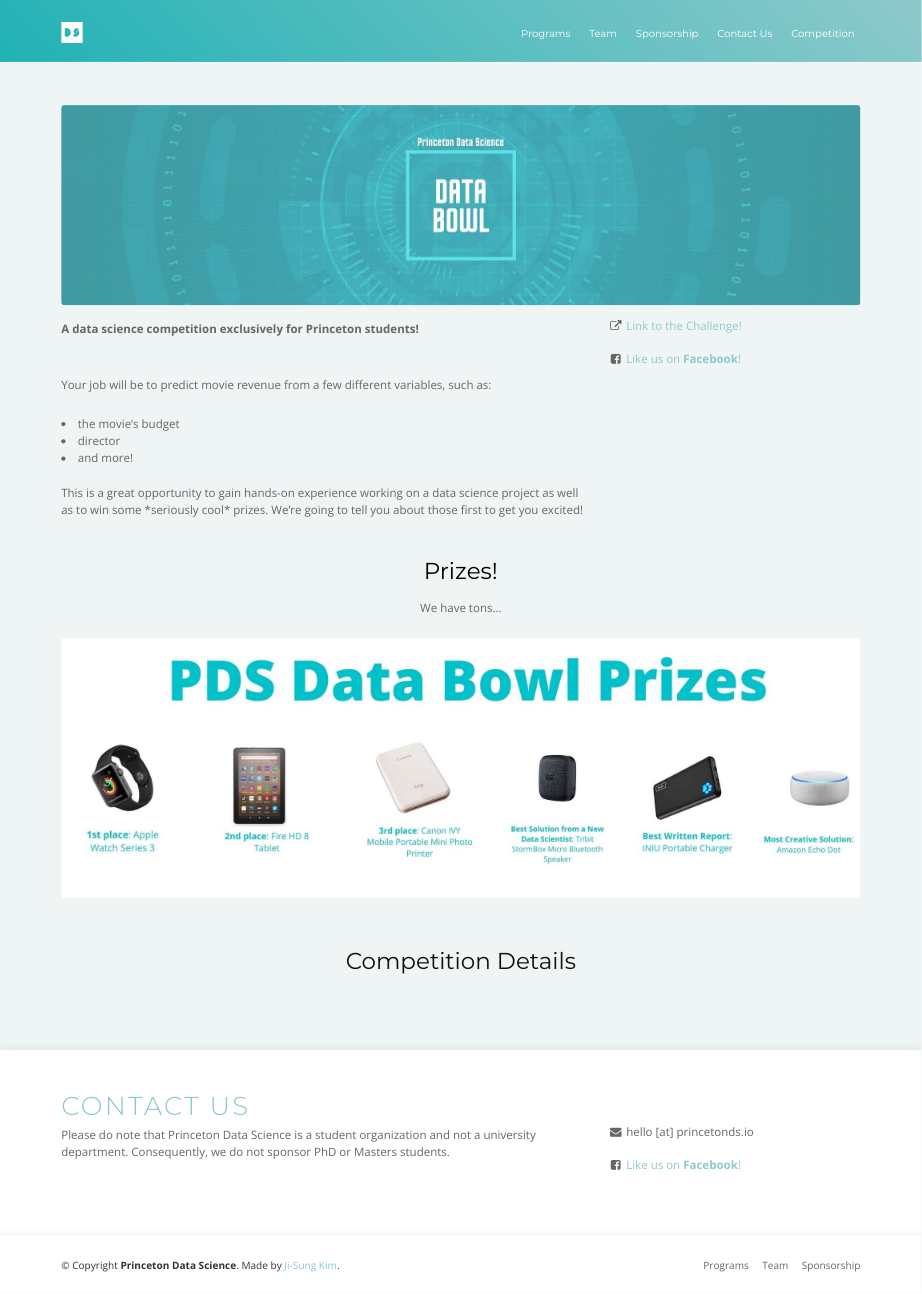
Repository: princetonds/princetonds.github.io
Page: team2.html
An editor plug-in stored every save of this project. The page is shown before and after the next save, followed by the edit.
The browser window is 1280 px wide. The pictures show the whole page, at 72% of full size.

Above is the page before, as saved 2021-03-20 22:40:58.
Console error: TypeError: Cannot read properties of null (reading 'innerHTML')

### team2.html
<!DOCTYPE html>
<html lang="en">
<head>
  <meta charset="utf-8">
  <title>Princeton Data Science (PDS)</title>
  <meta content="width=device-width, initial-scale=1.0" name="viewport">
  <meta content="" name="keywords">
  <meta content="" name="description">

  <!-- Favicons (created with http://realfavicongenerator.net/)-->
  <link rel="apple-touch-icon" sizes="180x180" href="/img/favicons/apple-touch-icon.png">
  <link rel="icon" type="image/png" href="/img/favicons/favicon-32x32.png" sizes="32x32">
  <link rel="icon" type="image/png" href="/img/favicons/favicon-16x16.png" sizes="16x16">
  <link rel="manifest" href="/img/favicons/manifest.json">
  <link rel="mask-icon" href="/img/favicons/safari-pinned-tab.svg" color="#49acad">
  <link rel="shortcut icon" href="/img/favicons/favicon.ico">
  <meta name="msapplication-config" content="/img/favicons/browserconfig.xml">
  <meta name="theme-color" content="#ffffff">

  <!-- Facebook Graph tags -->
  <meta property="og:url" content="https://princetonds.io" />
  <meta property="og:site_name" content="princetonds.io" />
  <meta property="og:title" content="Princeton Data Science (PDS)" />
  <meta name="og:description" content="Princeton Data Science (PDS) was founded in 2014-2015 to promote the practice and study of data science, a growing field that spans many disciplines such as statistics, machine learning, computer science, and business analytics." />
  <meta property="og:image" content="https://princetonds.io/img/500px_square_logo.png" />

  <!-- Google Fonts -->
  <link href="https://fonts.googleapis.com/css?family=Montserrat:300,400,500,700|Open+Sans:300,400,700" rel="stylesheet">

  <!-- Bootstrap CSS File -->
  <link href="lib/bootstrap/css/bootstrap.min.css" rel="stylesheet">

  <!-- Libraries CSS Files -->
  <link href="lib/animate/animate.min.css" rel="stylesheet">
  <link href="lib/font-awesome/css/font-awesome.min.css" rel="stylesheet">
  <link href="lib/magnific-popup/magnific-popup.css" rel="stylesheet">

  <!-- Main Stylesheet File -->
  <link href="css/style.css" rel="stylesheet">
  <link href="css/new.css" rel="stylesheet">
</head>

<body>

  <!--==========================
    Header
  ============================-->
  <header id="header">
    <div class="container">

      <div id="logo" class="pull-left">
        <h1><a href="#teamintro" class="scrollto"><img class="navbar-logo" src="img/inverted-logo.svg"></a></h1>
     </div>

      <nav id="nav-menu-container">
        <ul class="nav-menu">
          <li class="menu-active"><a href="https://princetonds.io">Programs</a></li>
          <li><a href="team.html">Team</a></li>
          <li><a href="media/sponsorship.pdf">Sponsorship</a></li>
          <li><a href="#contact">Contact Us</a></li>
          <li><a href="#team2.html">Competition</a></li>
        </ul>
      </nav><!-- #nav-menu-container -->
    </div>
  </header><!-- #header -->

  <!--==========================
    Intro Section
  ============================-->

  <!--==========================
    Intro Section
  ============================-->
  <section id="teamintro">
    <!-- <div class="team-intro-text">
      <h3>Our Team</h3>
    </div> -->
  </section>


  <!-- #intro -->


  <main id="main">


    <!--==========================
      Our Team Section
    ============================-->
    <section id="team" class="section-bg">
      <div class="container">
          <!-- <h3 class="section-title">Princeton Data Bowl</h3> -->
              <!-- <p style="text-align:center;">Enter team description here...</p> -->
              <div class="member3">
                <div class="pic"><img src="img/competition/logo.jpg" alt=""></div>
              </div>

          <!-- <span class="section-divider"></span> -->
        </div>
      </div>

    <!--==========================
      Contact Section
    ============================-->
      <div class="container">

        <div class="row wow fadeInUp">
          <div class="col-lg-8 col-md-6">
            <p><strong>A data science competition exclusively for Princeton students!</strong></p>
            <br>
            <p>
               Your job will be to predict movie revenue from a few different variables, such as: </p>
              <li> the movie’s budget </li>
              <li> director </li>
              <li> and more! </li>
              <br>
              <p>   This is a great opportunity to gain hands-on experience working on a data science project as well as to win some *seriously cool* prizes. We’re going to tell you about those first to get you excited!</p>
          </div>
          <div class="col-lg-4 col-md-6 links">
            <p><i class="fa fa-external-link fa-fw"></i>   <a href="https://eval.ai/web/challenges/challenge-page/871/overview">Link to the Challenge!</a>
            </p>
            <p><i class="fa fa-facebook-square fa-fw"></i> <a href="https://www.facebook.com/princetonds" class="facebook">Like us on <strong>Facebook</strong>!</a></p>
          </div>
        </div>
      </div>


    <div class="container">
      <div class="section-header">
        <!-- <h3 class="section-title">Princeton Data Bowl</h3> -->
            <br>
            <h2 style="text-align:center; color:black">Prizes!</h2>
            <p style="text-align:center;">We have tons...</p>
            <div class="member3">
              <div class="pic"><img src="img/competition/prizes.jpg" alt=""></div>
            </div>

        <!-- <span class="section-divider"></span> -->
      </div>
    </div>

<br>
<br>
    <div class="container">
      <div class="section-header">
        <h3 class="section-title">Competition Details</h3>
            <br>
        <!-- <span class="section-divider"></span> -->
      </div>
    </div>



    </section><!-- #team -->

    <!--==========================
      Contact Section
    ============================-->
    <section id="contact">
      <div class="container">
        <div class="row wow fadeInUp">
          <div class="contact-about">
            <div class="col-lg-12 col-md-12">
              <h3>Contact Us</h3>
            </div>
          </div>
        </div>

        <div class="row wow fadeInUp">
          <div class="col-lg-8 col-md-6">
            <p>Please do note that Princeton Data Science is a student organization and not a university department. Consequently, we do not sponsor PhD or Masters students.</p>
          </div>
          <div class="col-lg-4 col-md-6 links">
            <p><i class="fa fa-envelope fa-fw"></i> hello [at] princetonds.io</p>
            <p><i class="fa fa-facebook-square fa-fw"></i> <a href="https://www.facebook.com/princetonds" class="facebook">Like us on <strong>Facebook</strong>!</a></p>
          </div>
        </div>
      </div>
    </section><!-- #contact -->

  </main>

  <!--==========================
    Footer
  ============================-->
  <footer id="footer">
    <div class="container">
      <div class="row">
        <div class="col-lg-6 text-lg-left text-center">
          <div class="copyright">
            &copy; Copyright <strong>Princeton Data Science</strong>. Made by <a href="https://jisungkim.com">Ji-Sung Kim</a>.
          </div>
          <div class="credits">
          </div>
        </div>
        <div class="col-lg-6">
          <nav class="footer-links text-lg-right text-center pt-2 pt-lg-0">
            <a href="#programs" class="scrollto">Programs</a>
            <a href="#team" class="scrollto">Team</a>
            <a href="media/sponsorship.pdf">Sponsorship</a>
          </nav>
        </div>
      </div>
    </div>
  </footer><!-- #footer -->

  <a href="#" class="back-to-top"><i class="fa fa-chevron-up"></i></a>

  <!-- JavaScript Libraries -->
  <script src="lib/jquery/jquery.min.js"></script>
  <script src="lib/jquery/jquery-migrate.min.js"></script>
  <script src="lib/bootstrap/js/bootstrap.bundle.min.js"></script>
  <script src="lib/easing/easing.min.js"></script>
  <script src="lib/wow/wow.min.js"></script>
  <script src="lib/superfish/hoverIntent.js"></script>
  <script src="lib/superfish/superfish.min.js"></script>
  <script src="lib/magnific-popup/magnific-popup.min.js"></script>

  <!-- Template Main Javascript File -->
  <script src="js/main.js"></script>
  <script src="js/typewriter.js"></script>

</body>
</html>

### css/new.css
.program {
    padding: 40px;
}

.program h3 {
    color: black;
    font-weight: 700;
    font-family: "Open Sans";
}

.section {
    padding-top: 100px;
}


#programs {
    padding: 60px 0;
}

#clients {
    padding: 60px 0;
}

.sponsor-title {
    padding-bottom: 15px;
}

.profile-description {
    font-size: 14px;
}

.arjun {
    font-size: 15px !important;
    line-height: 22px;
}

.links p {
    line-height: 12px;
}

.presidents {
    color: #999999;
    font-size: 16px;
}

Loaded but not shown: lib/bootstrap/css/bootstrap.min.css (library); lib/animate/animate.min.css (library); lib/font-awesome/css/font-awesome.min.css (library); lib/magnific-popup/magnific-popup.css (library); lib/jquery/jquery.min.js (library); lib/jquery/jquery-migrate.min.js (library); lib/bootstrap/js/bootstrap.bundle.min.js (library); lib/easing/easing.min.js (common file); lib/wow/wow.min.js (library); lib/superfish/hoverIntent.js (library); lib/superfish/superfish.min.js (library); lib/magnific-popup/magnific-popup.min.js (library); js/main.js (125 lines, source omitted); js/typewriter.js (28 lines, source omitted); css/style.css (1350 lines, source omitted)

After the next save:
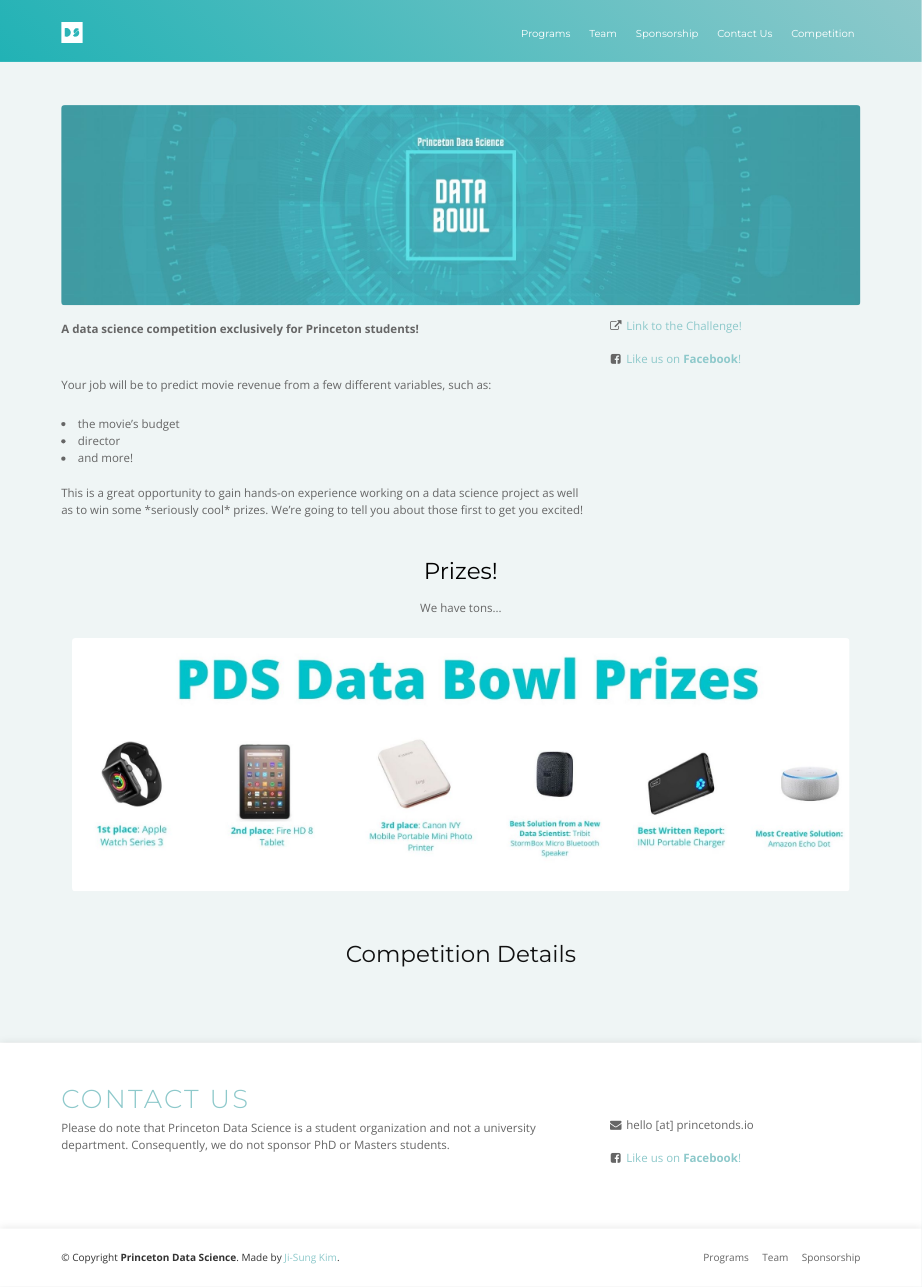
Saved 15 s later.
--- a/team2.html
+++ b/team2.html
@@ -103,7 +103,7 @@
       Contact Section
     ============================-->
       <div class="container">
-
+        <div class="section-header">
         <div class="row wow fadeInUp">
           <div class="col-lg-8 col-md-6">
             <p><strong>A data science competition exclusively for Princeton students!</strong></p>
